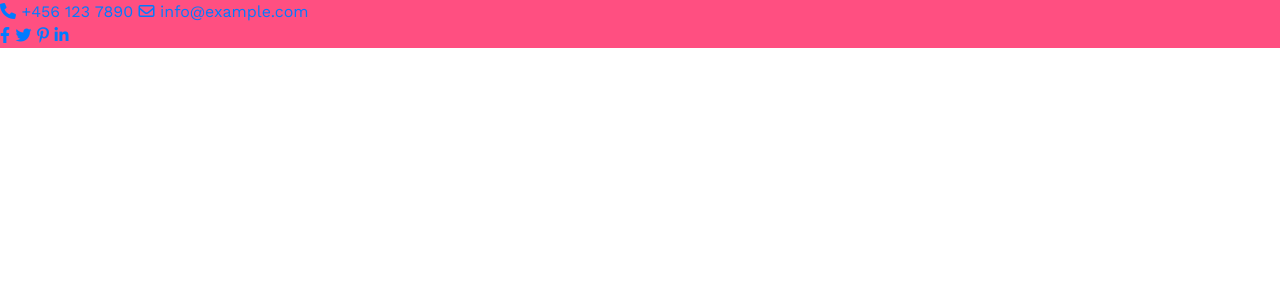
Repository: nguyenbinhminh/instruction_clone
Page: index.html
An editor plug-in stored every save of this project. The page is shown before and after the next save, followed by the edit.
The browser window is 1280 px wide. The pictures show the whole page.

Above is the page before, as saved 2021-09-29 20:57:43.

### index.html
<!DOCTYPE html>
<html lang="en">
	<head>
		<meta charset="UTF-8" />
		<meta http-equiv="X-UA-Compatible" content="IE=edge" />
		<meta name="viewport" content="width=device-width, initial-scale=1.0" />
		<title>Instruction</title>

		<!-- FONT GOOGLE -->
		<link rel="preconnect" href="https://fonts.googleapis.com" />
		<link rel="preconnect" href="https://fonts.gstatic.com" crossorigin />
		<link
			href="https://fonts.googleapis.com/css2?family=Work+Sans:ital,wght@0,100;0,200;0,300;0,400;0,500;0,600;0,700;0,800;0,900;1,100;1,200;1,300;1,400;1,500;1,600;1,700;1,800;1,900&display=swap"
			rel="stylesheet"
		/>

		<!-- FONT AWESOME -->
		<link
			rel="stylesheet"
			href="https://cdnjs.cloudflare.com/ajax/libs/font-awesome/6.0.0-beta2/css/all.min.css"
			integrity="sha512-YWzhKL2whUzgiheMoBFwW8CKV4qpHQAEuvilg9FAn5VJUDwKZZxkJNuGM4XkWuk94WCrrwslk8yWNGmY1EduTA=="
			crossorigin="anonymous"
			referrerpolicy="no-referrer"
		/>

		<!-- BOOTTRAP -->
		<link rel="stylesheet" href="./css/bootstrap.min.css" />

		<!-- MAIN CSS -->
		<link rel="stylesheet" href="./css/index.css" />
	</head>
	<body>
		<!-- HEADER -->
		<header>
			<div class="header__top">
				<div class="header__left">
					<a href="tel:+456 123 7890">
						<i class="fas fa-phone"></i>
						<span>+456 123 7890</span>
					</a>
					<a href="mailto:info@example.com">
						<i class="far fa-envelope"></i>
						<span>info@example.com</span>
					</a>
				</div>
				<div class="header__right">
					<a href="#">
						<i class="fab fa-facebook-f"></i>
					</a>
					<a href="#">
						<i class="fab fa-twitter"></i>
					</a>
					<a href="#">
						<i class="fab fa-pinterest-p"></i>
					</a>
					<a href="#">
						<i class="fab fa-linkedin-in"></i>
					</a>
				</div>
			</div>
		</header>
		<!-- CAROUSEL -->
		<section class="instruction-carousel"></section>
		<!-- WELCOM -->
		<section class="welcome"></section>
		<!-- OUR STATS -->
		<section class="stats"></section>
		<!-- OFFER -->
		<section class="offer"></section>
		<!-- Testimonials -->
		<section class="testimonials"></section>
		<!-- NEWS -->
		<section class="news"></section>
		<!-- FOOTER -->
		<footer></footer>

		<!-- jQuery -->
		<script src="./js/jquery-3.6.0.min.js"></script>
		<!-- BOOTSTRAP -->
		<script src="./js/bootstrap.bundle.min.js"></script>
	</body>
</html>

### css/index.css
html {
	box-sizing: border-box;
	font-size: 62.5%;
}
body {
	font-size: 1.6rem;
	font-family: "Work Sans", sans-serif;
	font-weight: normal;
}
/* HEADER */
.header__top {
	background-color: #ff4f81;
}

Loaded but not shown: css/bootstrap.min.css (library); js/jquery-3.6.0.min.js (library); js/bootstrap.bundle.min.js (library)

After the next save:
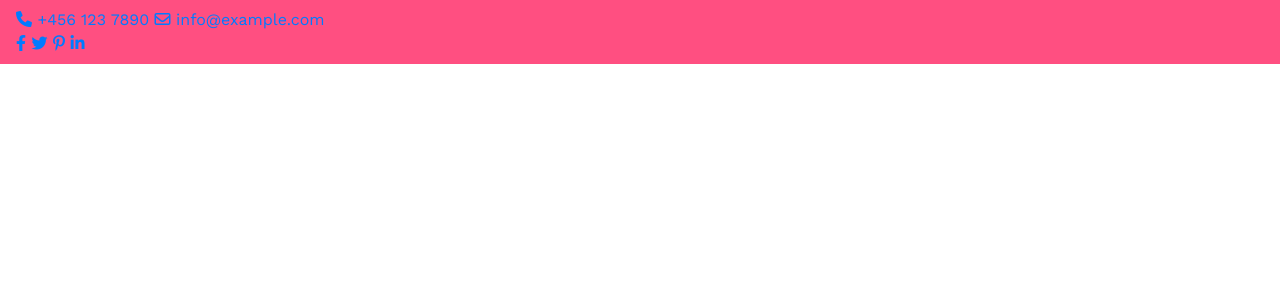
Saved 25 s later.
--- a/css/index.css
+++ b/css/index.css
@@ -10,4 +10,5 @@
 /* HEADER */
 .header__top {
 	background-color: #ff4f81;
+	padding: 0.8rem 1.6rem;
 }
